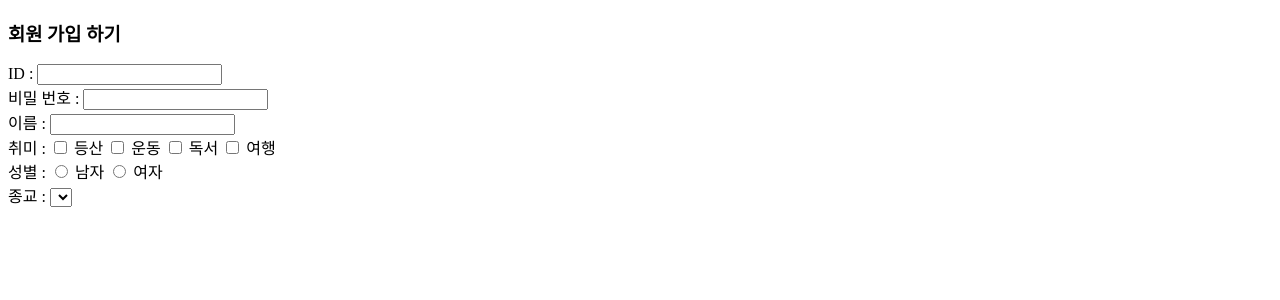
Repository: parkhayoung615/SchoolWebJSP_3
Page: http://localhost/220316/
An editor plug-in stored every save of this project. The page is shown before and after the next save, followed by the edit.
The browser window is 1280 px wide. The pictures show the whole page.
The page is served by Tomcat 9.

Above is the page before, as saved 2022-03-16 00:45:10.

After the next save:
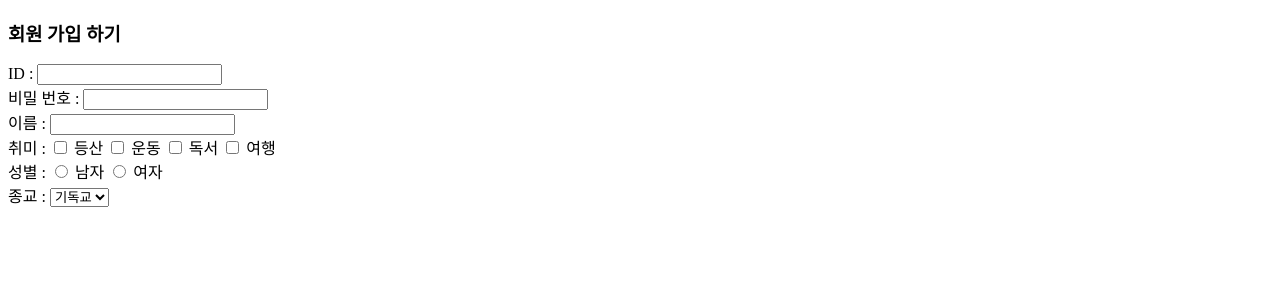
Saved 29 s later.
--- a/220316/220316/WebContent/index.jsp
+++ b/220316/220316/WebContent/index.jsp
@@ -19,7 +19,11 @@
 			type="radio" name="gender" value="male"> 남자 <input
 			type="radio" name="gender" value="female"> 여자 <br> 종교 :
 		<select name="religion">
-			<option>
+			<option value=""> 기독교
+			<option value=""> 불교
+			<option value=""> 천주교
+			<option value=""> 무교
+
 		</select>
 	</form>
 </body>
